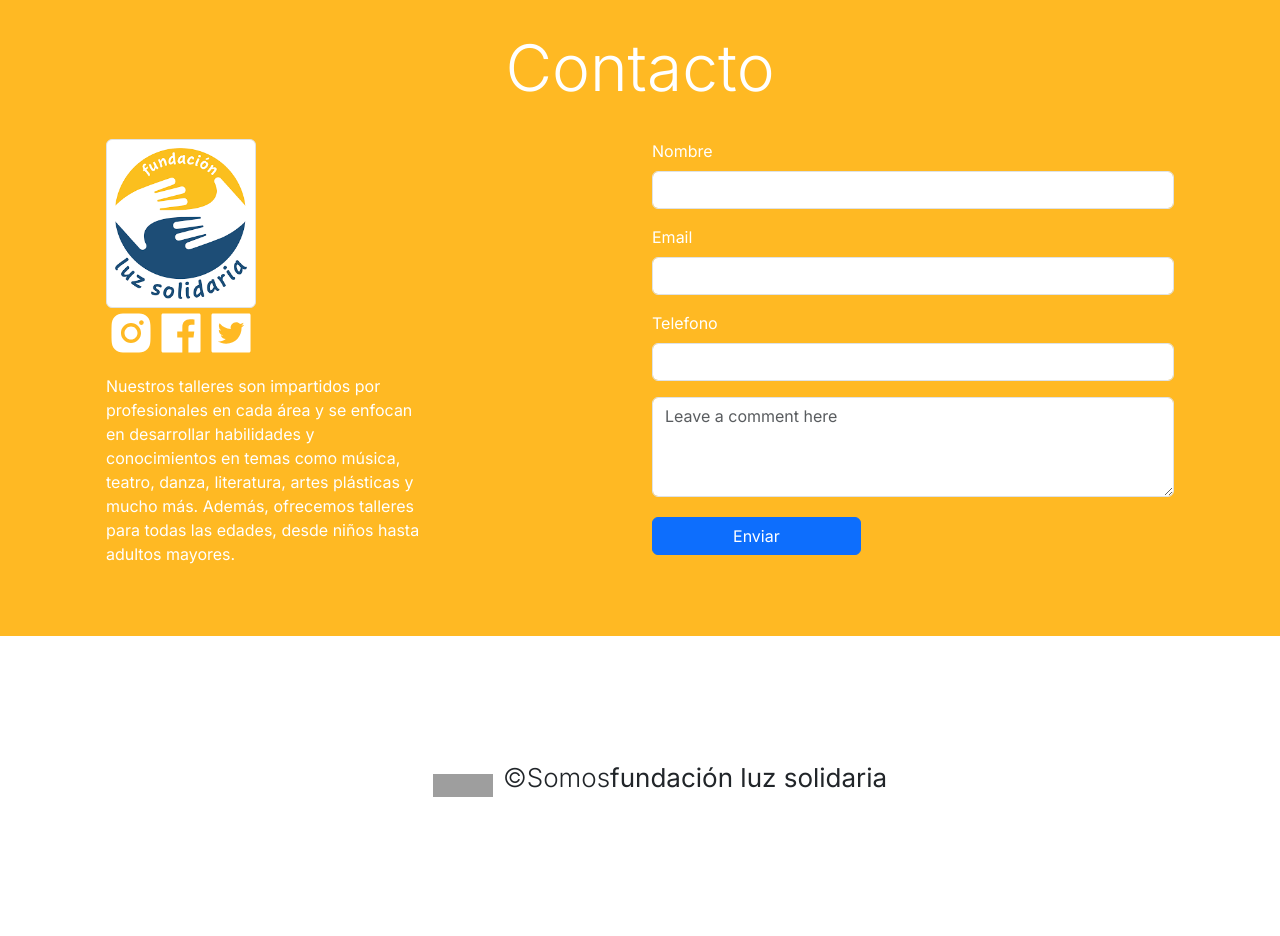
Repository: JtoralesK/dwf11
Page: /
The author's editor kept a copy of each file at every save. The page is drawn from the files as they stood at one save, then again after a run of saves.
The browser window is 1280 px wide. The pictures show the whole page.
Pictures or frames that could not be fetched are drawn as grey boxes. The project was rebuilt for these pictures with package versions that can differ from the ones it lists, and the page was loaded fresh each time. The framework's server and built-in components were replaced by stand-ins that run in the browser. Also part of the build but not shown: next.config.js.

Above is the page before, as saved 2023-05-31 19:05:36.

### src/app/layout.tsx
import './globals.css'
import { Inter } from 'next/font/google'

const inter = Inter({ subsets: ['latin'] })

export const metadata = {
  title: 'Create Next App',
  description: 'Generated by create next app',
}

export default function RootLayout({
  children,
}: {
  children: React.ReactNode
}) {
  return (
    <html lang="en">

      <body className={inter.className}>{children}</body>
    </html>
  )
}

### src/app/page.tsx
import Image from "next/image";
import styles from "./page.module.css";
import { Contacto } from "./components/contacto";
import { Footer } from "./components/footer";
export default function Home() {
  return (
    <>
      <Contacto />
      <Footer/>
    </>
  );
}

### src/app/components/contacto/index.tsx
import "bootstrap/dist/css/bootstrap.min.css";
import { SectionInputs } from "./sectionInput";
import { FaBeer } from "react-icons/fa";
import {
  AiFillInstagram,
  AiFillFacebook,
  AiFillTwitterSquare,
} from "react-icons/ai";

export function Contacto() {
  return (
    <>
      <div
        style={{
          backgroundColor: "#ffb923",
          color: "white",
          padding: "30px",
        }}
      >
        <div className="container-sm text-center ">
          <h1 className="font-weight-bold display-3">Contacto</h1>
          <div className="row p-lg-4">
            <div className="col-sm-16 col-md-6 text-center ">
              <div className=" d-md-flex flex-column d-none">
                <img
                  src="data:[embedded picture, 9291 characters]
            BU5I/166HRl7DM0JHd93otkupwE9wh+8Q4HuTkd/vz/99LosEf7UOF1LGvesnj8LX1fZVn3s7jZfh5drVp8XZWG/h8zs0VCdp8KmQAAAABJRU5ErkJggg=="
                  className="img-thumbnail rounded float-start p-2"
                  style={{ width: "150px" }}
                  alt="..."
                ></img>
                <div
                  className="d-flex flex-row mb-3 justify-content-around "
                  style={{ width: "150px" }}
                >
                  <AiFillInstagram size={"50px"} />
                  <AiFillFacebook size={"50px"} />
                  <AiFillTwitterSquare size={"50px"} />
                </div>
                <div style={{ width: "60%" }}>
                  <p className="text-start">
                    Nuestros talleres son impartidos por profesionales en cada
                    área y se enfocan en desarrollar habilidades y conocimientos
                    en temas como música, teatro, danza, literatura, artes
                    plásticas y mucho más. Además, ofrecemos talleres para todas
                    las edades, desde niños hasta adultos mayores.
                  </p>
                </div>
              </div>
            </div>
            <div className="col-sm-16 col-md-6 text-center ">
              <SectionInputs />
            </div>
          </div>
        </div>
      </div>
    </>
  );
}

### src/app/components/footer/index.tsx
import React from 'react'
import "./style.css";

export const Footer = () => {
  return (
    <footer className="footer">
    <div className="contenedor-footer">
        <div className="redes-sociales">
            <img src={"/image/facebook.png"} className="link-redes_sociales" ></img>
            <img src={"/image/instagram.png"} className="link-redes_sociales" ></img>

        </div>
        <div className="footer-text">
            <p className="title-copy">  &copy;Somos<strong>fundación luz solidaria</strong></p>
        </div>
    </div>
  </footer>
  )
}

### src/app/components/contacto/sectionInput.tsx
import "bootstrap/dist/css/bootstrap.min.css";

export function SectionInputs() {
  const style = {
    margin: "20px 0",
    width: "40%",
    "@media (min-width: 768px)": {
      width: "40%",
    },
  } as React.CSSProperties;
  return (
    <>
      <form className="d-flex flex-column text-start" style={{ width: "100%" }}>
        <div className="mb-3">
          <label className="form-label">
            <p style={{ margin: "0" }}>Nombre</p>
          </label>
          <input
            type="text"
            className="form-control"
            id="exampleInputEmail1"
            aria-describedby="emailHelp"
          />
        </div>
        <div className="mb-3">
          <label className="form-label">
            <p style={{ margin: "0" }}>Email</p>
          </label>
          <input
            type="email"
            className="form-control"
            id="exampleInputPassword1"
          />
        </div>
        <div className="mb-3">
          <label className="form-label">
            <p style={{ margin: "0" }}>Telefono</p>
          </label>
          <input
            type="email"
            className="form-control"
            id="exampleInputPassword1"
          />
        </div>
        <textarea
          className="form-control"
          style={{ height: "100px" }}
          placeholder="Leave a comment here"
          id="floatingTextarea"
        ></textarea>
        <button
          style={style}
          type="submit"
          className="btn btn-primary w-md-auto"
        >
          Enviar
        </button>
      </form>
    </>
  );
}

### src/app/components/footer/style.css
.footer{
    height: 300px;
    display: flex;
    line-height: 7px;
    text-align: center;
    font-size: 22px;
    background-color: #fff;
}

.contenedor-footer {
    display: flex;
    justify-content:center;
    align-items: center;
    margin: 10px auto;

}
.footer-text{
    display: flex;
    justify-content: center;
    align-items: center;
    padding: 10px;
}
.redes-sociales{
    margin-left: 50px;
}
.title-copy {
    text-align: center;
    font-size: 26px;
    font-weight: 300;
}
.link-redes_sociales{
    width: 30px;
}

Loaded but not shown: src/app/globals.css (common file)

After the next 2 saves:
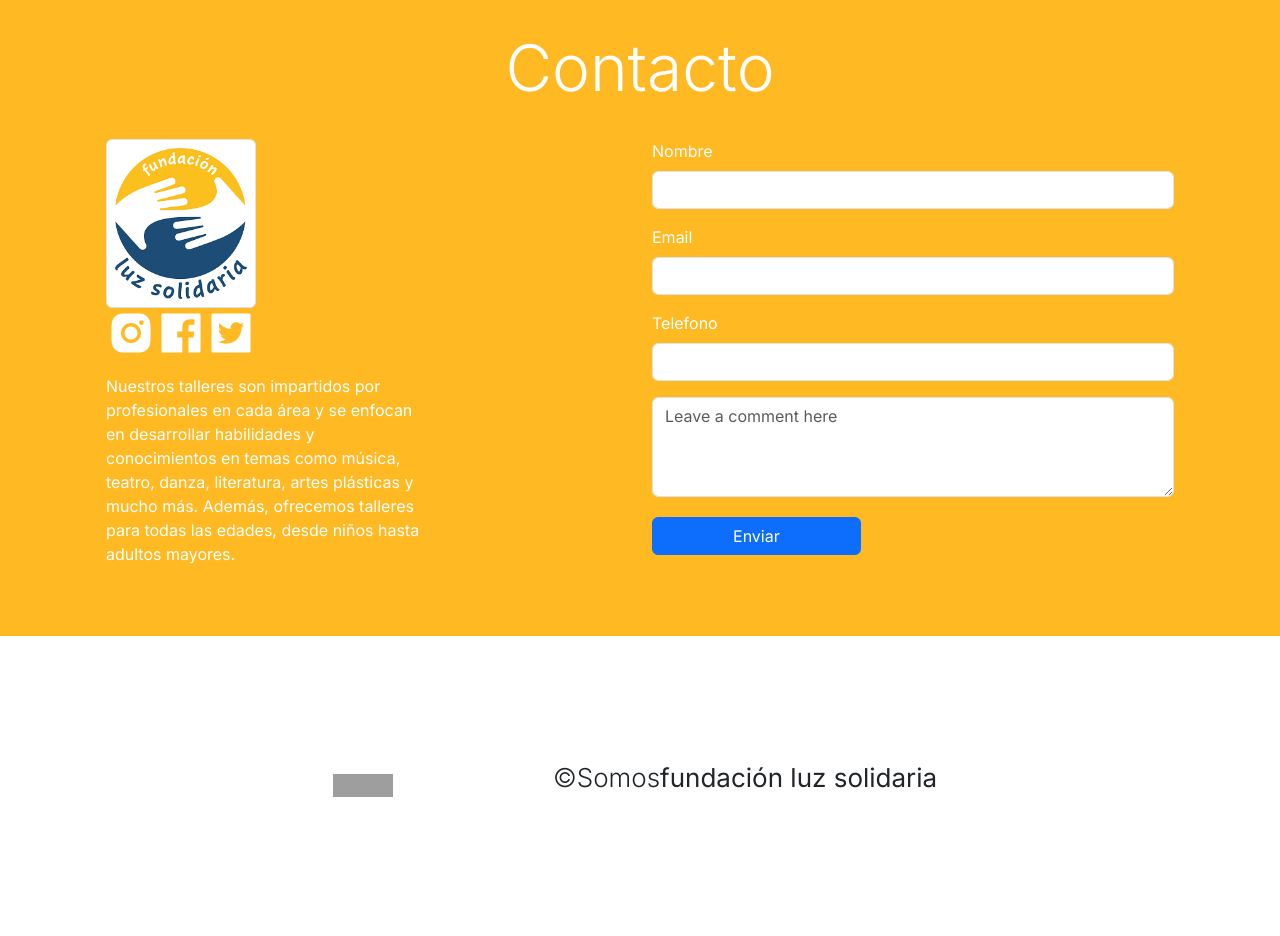
The 2 saves are shown as one change because they came seconds apart.
The last was saved 8 s later.
--- a/src/app/components/footer/style.css
+++ b/src/app/components/footer/style.css
@@ -21,7 +21,7 @@
     padding: 10px;
 }
 .redes-sociales{
-    margin-left: 50px;
+    margin-right: 150px;
 }
 .title-copy {
     text-align: center;
